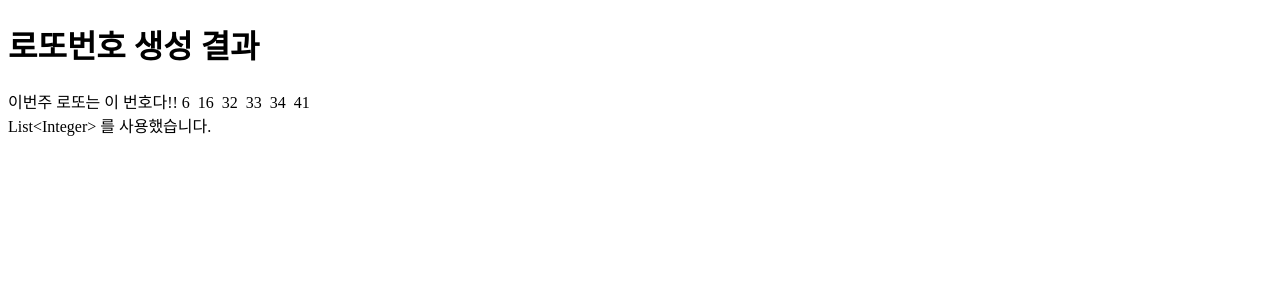
Repository: jjjjjjji-hun/jsp_practice
Page: http://localhost/JSPBasic/jspTag/TagQ03.jsp
These files come from the project's save history. The page is drawn as it stood at one moment and after the next save; the edit follows.
The browser window is 1280 px wide. The pictures show the whole page.
The page is served by Tomcat 9.

Above is the page before, as saved 2022-02-03 01:30:14.

After the next save:
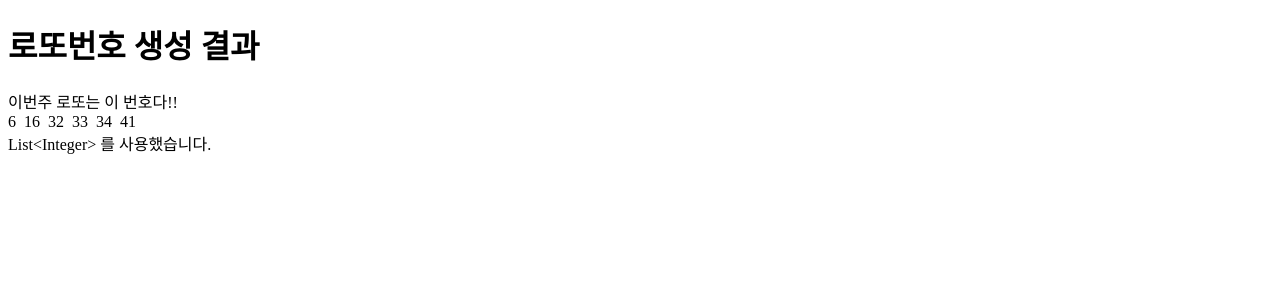
Saved 27 s later.
--- a/JSPBasic/src/main/webapp/jspTag/TagQ03.jsp
+++ b/JSPBasic/src/main/webapp/jspTag/TagQ03.jsp
@@ -25,7 +25,7 @@
 %>
 <h1>로또번호 생성 결과</h1>
 <p>
-	이번주 로또는 이 번호다!!
+	이번주 로또는 이 번호다!!<br>
 	<%
 	for(Integer num : lotto){
 		out.println(num + "&nbsp;");
